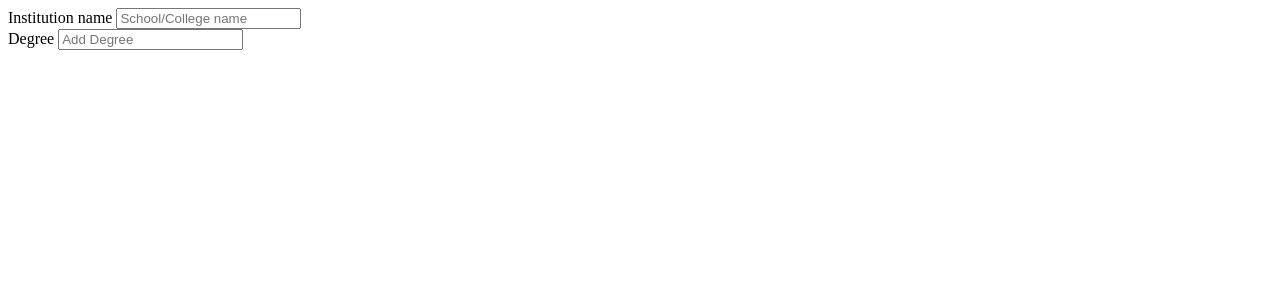
Repository: Tanmay-Kayande/Myportfolio
Page: http://localhost/myproject/education.jsp
These files come from the project's save history. The page is drawn as it stood at one moment and after the next save; the edit follows.
The browser window is 1280 px wide. The pictures show the whole page.
The page is served by Tomcat 9. The session is filled in as if someone had signed in: {"login": "exist"}.

Above is the page before, as saved 2024-02-13 10:52:04.

After the next save:
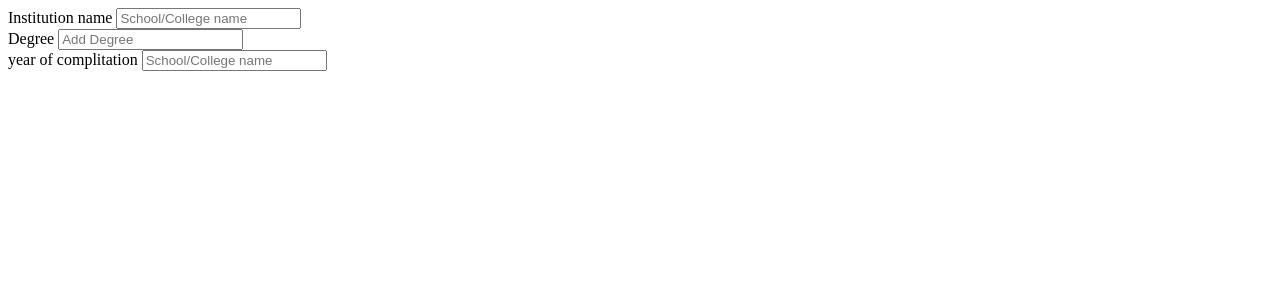
Saved 2 min 7 s later.
--- a/myproject/src/main/webapp/education.jsp
+++ b/myproject/src/main/webapp/education.jsp
@@ -9,10 +9,11 @@
 <body>
 	<form action="Education" method="post" >
 		Institution name
-		<input type="text" name="Instituation" placeholder="School/College name"><br>
+		<input type="text" name="instituation" placeholder="School/College name"><br>
 		Degree
-		<input type="text" name="Degree" placeholder="Add Degree"><br>
-
+		<input type="text" name="degree" placeholder="Add Degree"><br>
+		year of complitation
+		<input type="text" name="year" placeholder="School/College name"><br>
 
 	</form>
 </body>
